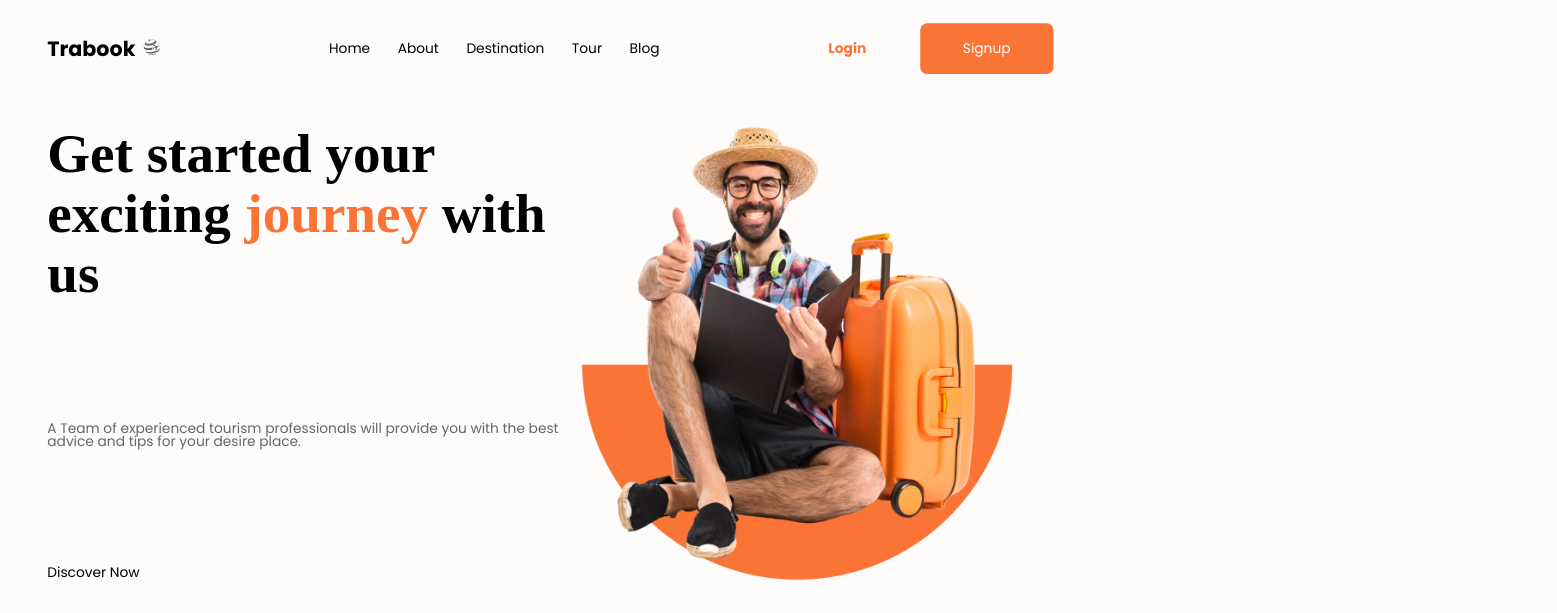
Repository: phobo99/phobo99.github.io
Page: Trabook/index.html
An editor plug-in stored every save of this project. The page is shown before and after the next save, followed by the edit.
The browser window is 1280 px wide. The page is 1325 px wide, then 1810 px, so the pictures cover 1810 px, including what lies to the right of the window. The pictures show the whole page, at 86% of full size.
Some web libraries are served in a nearby version. The style sheet was rebuilt from its Sass, Less or Tailwind sources for each picture, by a compiler version that may differ from the author's.

Above is the page before, as saved 2022-06-18 22:17:25.

After the next save:
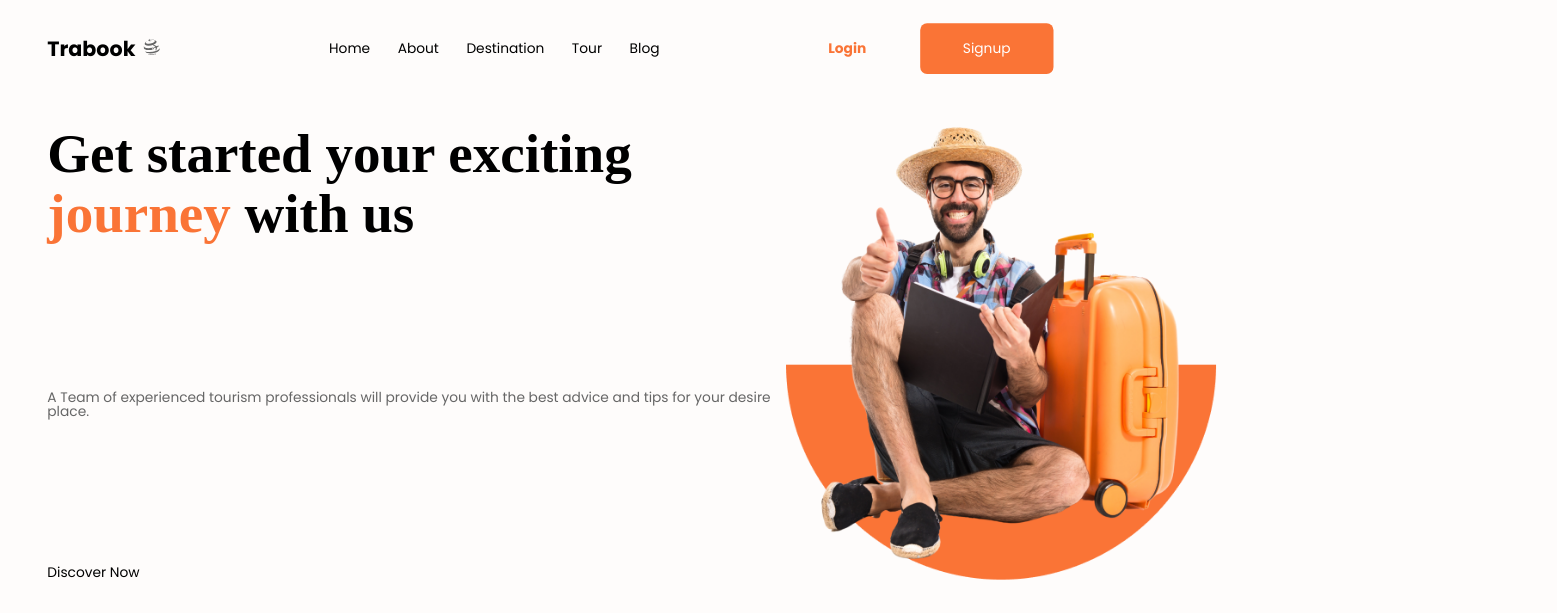
Saved 8 s later.
--- a/Trabook/style.scss
+++ b/Trabook/style.scss
@@ -116,7 +116,7 @@ h1 {
       }
       .content-right {
         @include size(100%);
-        margin-right: -100px;
+        margin-right: -50%;
       }
     }
   }
